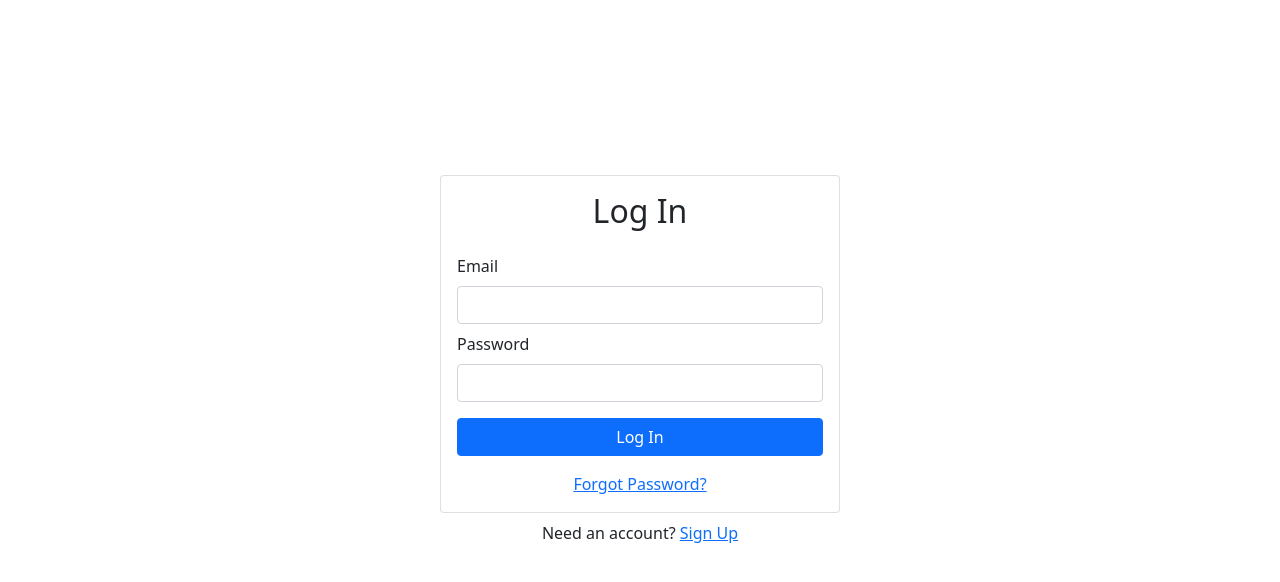
Repository: castilla-aurela/firebase-react-auth
Page: /forgot-password
These files come from the project's save history. The page is drawn as it stood at one moment and after a run of saves; the edit follows.
The browser window is 1280 px wide. The pictures show the whole page.
The project was rebuilt for these pictures with package versions that can differ from the ones it lists, and the page was loaded fresh each time. Also part of the build but not shown: src/components/Signup.js, src/components/Dashboard.js, src/components/Login.js, src/components/PrivateRoute.js.

Above is the page before, as saved 2021-10-04 22:09:47.

After the next 3 saves:
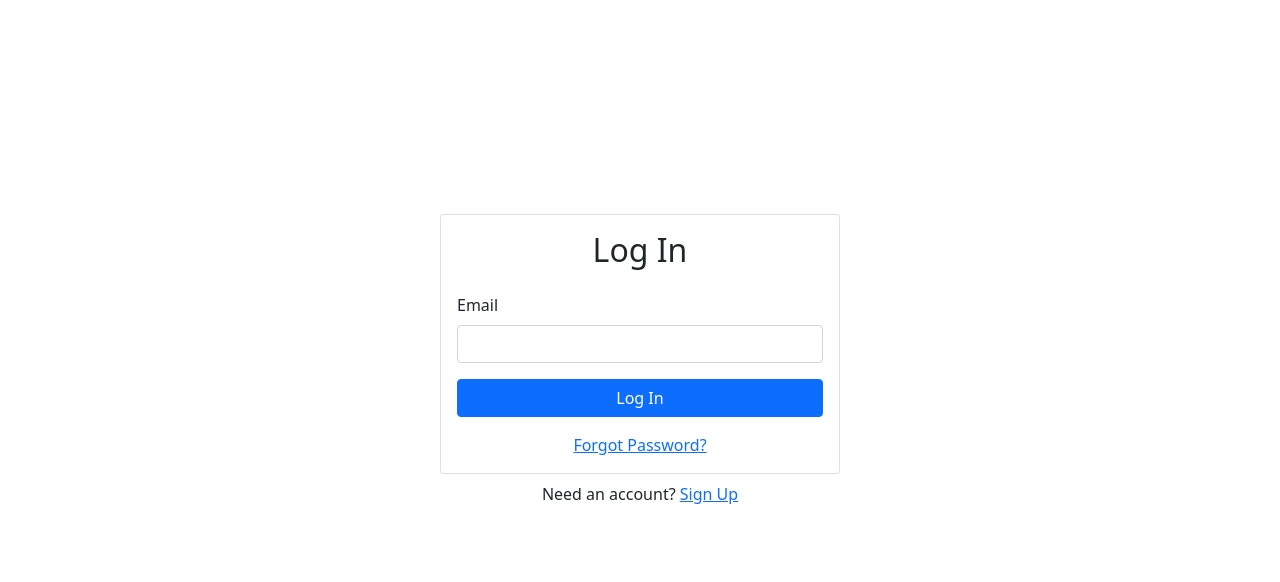
The 3 saves are shown as one change because 1 did not build or start and some came seconds apart.
The last was saved 37 s later.
--- a/src/components/ForgotPassword.js
+++ b/src/components/ForgotPassword.js
@@ -5,7 +5,6 @@ import {Link, useHistory} from 'react-router-dom'
 
 export default function ForgotPassword() {
     const emailRef = useRef()
-    const passwordRef = useRef()
     const {login} = useAuth()
     const [error, setError] = useState('')
     const [loading, setLoading] = useState(false)
@@ -37,10 +36,6 @@ export default function ForgotPassword() {
                            <Form.Label>Email</Form.Label>
                             <Form.Control type="email" ref={emailRef} required />
                        </Form.Group>
-                       <Form.Group id="password" className="mt-2">
-                           <Form.Label>Password</Form.Label>
-                            <Form.Control type="password" ref={passwordRef} required />
-                       </Form.Group>
                        <Button disabled= {loading} className= "w-100  mt-3" type="Submit" >Log In</Button>
                    </Form>
                    <div className = "w-100 text-center mt-3">
